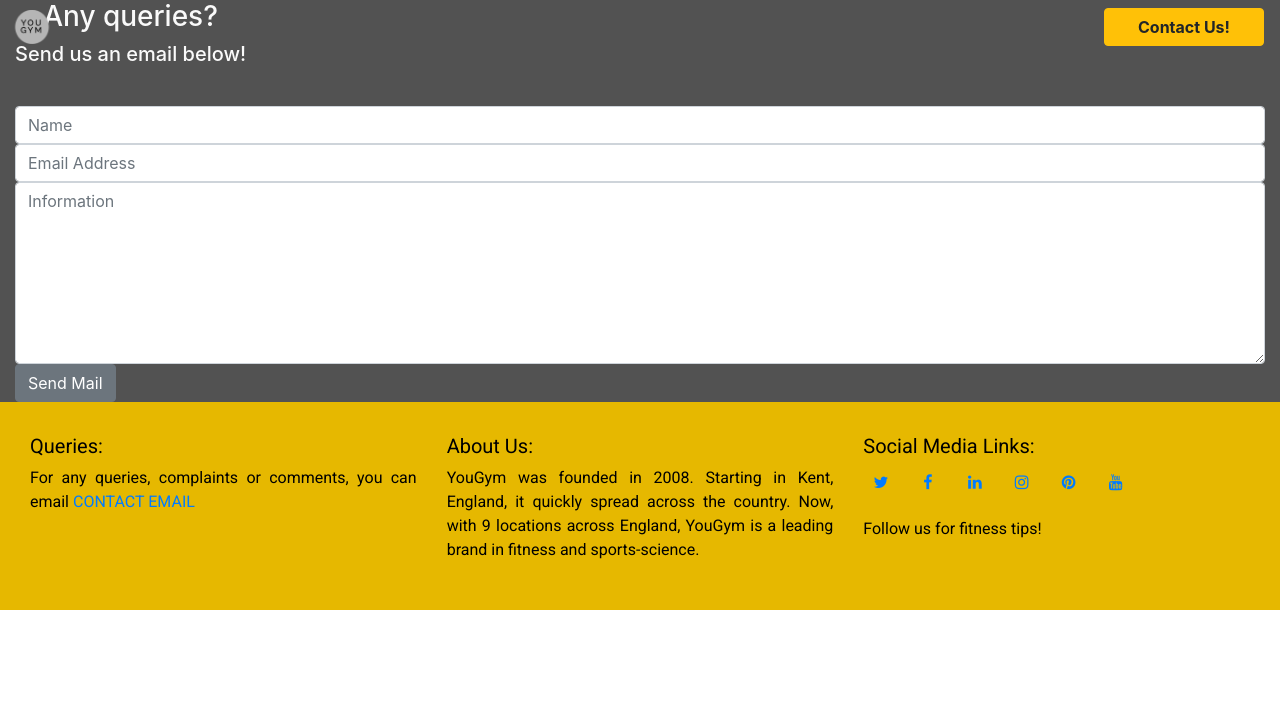
Repository: Felix-Redwood/Interactive-Frontend-Development-Milestone-Project
Page: contact.html
The author's editor kept a record of every edit. The page is drawn from the files as they stood at one moment, then again after the next edit.
The browser window is 1280 px wide. The pictures show the whole page.

Above is the page before.
Console error: ReferenceError: emailjs is not defined

### contact.html
<!DOCTYPE html>
<html lang="en">

<head>
    <meta charset="UTF-8">
    <meta name="viewport" content="width=device-width, initial-scale=1.0">
    <meta name="description" content="YouGym! | The gym for you!">
    <meta name="keywords" content="fitness, exercise, gyms, gym, workout, work out">
    <meta name="author" content="Felix Redwood">
    <meta http-equiv="X-UA-Compatible" content="ie=edge">
    <link rel="icon" type="image/png" href="assets/images/YouGym-logo.png">
    <title>YouGym official site</title>
    <link rel="stylesheet" href="assets/css/main.css" type="text/css" />
    <link href="https://stackpath.bootstrapcdn.com/bootstrap/4.4.1/css/bootstrap.min.css" rel="stylesheet" integrity="sha384-Vkoo8x4CGsO3+Hhxv8T/Q5PaXtkKtu6ug5TOeNV6gBiFeWPGFN9MuhOf23Q9Ifjh" crossorigin="anonymous">
    <link href="https://fonts.googleapis.com/css?family=Roboto&display=swap" rel="stylesheet">
    <link rel="stylesheet" href="https://stackpath.bootstrapcdn.com/font-awesome/4.7.0/css/font-awesome.min.css" type="text/css" />
    <script type="text/javascript" src="https://cdn.jsdelivr.net/npm/emailjs-com@2.4.1/dist/email.min.js"></script>
    <script type="text/javascript">
        (function() {
            emailjs.init("user_VGmB9lBk3P7b5oqcK2H0e");
            emailjs.send("gmail", "contact_template", { name: "YouGym", notes: "RE:" });
        })();
    </script>
</head>

<body>
    <div class="container-fluid navalert-container">
        <nav class="navbar navbar-dark navbar-expand-sm fixed-top top-nav">
            <a href="index.html">
                <img src="assets/images/navbar-logo.png" class="logo" alt="site_logo"/>
            </a>
            <div class="navbar-contact ml-auto">
                <a href="#">
            <button type="button" class="btn btn-warning contact-button">Contact Us!</button>
            </a>
            </div>
        </nav>
    </div>

    <div class="container-wrapper">
        <div class="email-harvester">
            <section class="container-fluid ">
                <div class="row bg-color-contact">
                    <div>
                        <h3 class="contact-heading uppercase text-center">Any queries?</h3>
                        <h5 class="uppercase text-center">Send us an email below!</h5>
                    </div>
                    <div class="contact-form">
                        <form onsubmit="return sendEmail(this);">
                            <input type="text" name="name" class="form-control" id="fullname" placeholder="Name" required/>
                            <input type="text" name="emailaddress" class="form-control" id="emailaddress" placeholder="Email Address" required/>
                            <textarea rows="7" name="content" class="form-control" id="content" placeholder="Information" required></textarea>
                            <button type="submit" class="btn btn-secondary center-block">Send Mail</button>
                        </form>
                    </div>
                </div>
            </section>
        </div>
    </div>

    <!-- footer -->
    <footer class="container-fluid">
        <div class="row">
            <div class="col-sm-4 footer-container">
                <h5 class="uppercase">Queries:</h5>
                <p>For any queries, complaints or comments, you can email <a href="mailto:CONTACT EMAIL HERE" class="email-fade">CONTACT EMAIL</a></p>
                <!--this email, when clicked, will open an email template to contact YouGym-->
            </div>
            <div class="col-sm-4 footer-container">
                <h5 class="uppercase">About Us:</h5>
                <p>YouGym was founded in 2008. Starting in Kent, England, it quickly spread across the country. Now, with 9 locations across England, YouGym is a leading brand in fitness and sports-science. </p>
            </div>
            <div class="col-sm-4 footer-container">
                <h5 class="uppercase">Social Media Links:</h5>
                <ul class="list-inline social-media">
                    <li class="list-inline-item">
                        <a target="_blank" href="#">
                            <i class="fa fa-twitter" aria-hidden="true"></i>
                            <span class="sr-only">Twitter</span>
                        </a>
                    </li>
                    <li class="list-inline-item">
                        <a target="_blank" href="#">
                            <i class="fa fa-facebook" aria-hidden="true"></i>
                            <span class="sr-only">Facebook</span>
                        </a>
                    </li>
                    <li class="list-inline-item">
                        <a target="_blank" href="#">
                            <i class="fa fa-linkedin" aria-hidden="true"></i>
                            <span class="sr-only">LinkedIn</span>
                        </a>
                    </li>
                    <li class="list-inline-item">
                        <a target="_blank" href="#">
                            <i class="fa fa-instagram" aria-hidden="true"></i>
                            <span class="sr-only">Instagram</span>
                        </a>
                    </li>
                    <li class="list-inline-item">
                        <a target="_blank" href="#">
                            <i class="fa fa-pinterest" aria-hidden="true"></i>
                            <span class="sr-only">Pintrest</span>
                        </a>
                    </li>
                    <li class="list-inline-item">
                        <a target="_blank" href="#">
                            <i class="fa fa-youtube" aria-hidden="true"></i>
                            <span class="sr-only">YouTube</span>
                        </a>
                    </li>
                </ul>
                <p>Follow us for fitness tips!</p>
            </div>
        </div>
    </footer>
    <script src="https://code.jquery.com/jquery-3.4.1.slim.min.js" integrity="sha384-J6qa4849blE2+poT4WnyKhv5vZF5SrPo0iEjwBvKU7imGFAV0wwj1yYfoRSJoZ+n" crossorigin="anonymous"></script>
    <script src="https://cdn.jsdelivr.net/npm/popper.js@1.16.0/dist/umd/popper.min.js" integrity="sha384-Q6E9RHvbIyZFJoft+2mJbHaEWldlvI9IOYy5n3zV9zzTtmI3UksdQRVvoxMfooAo" crossorigin="anonymous"></script>
    <script src="https://stackpath.bootstrapcdn.com/bootstrap/4.4.1/js/bootstrap.min.js" integrity="sha384-wfSDF2E50Y2D1uUdj0O3uMBJnjuUD4Ih7YwaYd1iqfktj0Uod8GCExl3Og8ifwB6" crossorigin="anonymous"></script>
    <script type="text/javascript" src="assets/js/contact.js"></script>
</body>

</html>

### assets/css/main.css
body {
    font-family: 'Roboto', sans-serif;
}

bold {
    font-weight: bold;
}

/* This gives us an easy way to make text bold within the html document */

.container-fluid .col-12 {
    margin: 0;
    padding: 0;
}

/* ensures that the container-fluid and col-12 classes do not have any initial padding*/

.mainpageimage-container {
    height: 100vh;
    width: 100%;

    background: url(../images/mainpageimage.jpg) no-repeat top right fixed;
    -webkit-background-size: cover;
    -moz-background-size: cover;
    -o-background-size: cover;
    background-size: cover;

    display: flex;
    align-items: center;
    justify-content: center;

    position: relative;
}

/*Navbar*/

.logo {
    height: 2.115em;
    width: 6em;
    margin-left: -2em;
}

.contact-button {
    width: 10em !important;
    font-weight: bold !important;
}

.homepage-button {
    width: 10em !important;
    font-weight: bold !important;
}

/*Mainpage*/

.mainpage {
    background-color: transparent !important;
    padding-left: 0;
    padding-right: 0;
}

.mainpage-h1 {
    color: white;
    font-weight: bold;
    font-size: 3.4em;
    margin-bottom: 0.8em !important;
    padding-left: 0;
    padding-right: 0;
}

.mainpage-h2 {
    color: white;
    font-size: 1em;
    font-weight: 500;
}

@media (max-width: 906px) {
    .mainpage-h1 {
        padding-left: 0;
        padding-right: 0;
    }
}

@media (max-width: 568px) {
    .mainpage-h1 {
        padding-left: 0;
        padding-right: 0;
    }
}

.container-wrapper {
    padding: 0;
    margin: 0;
}

/* Email Harvester */

.email-harvester {
    background-color: #525252;
    color: #fafafa;
    margin: 0;
    padding: 0;
}

.email-box {
    font-size: 1.5em;
    font-weight: 700;
    text-decoration: none;
    color: #fff;
    margin-top: 1.3em;
    margin-bottom: 1.3em;
}

.email-title {
    font-size: 1.5em;
}

.email-para {
    font-size: 0.9em;
}

.email-input {}

.btn-emailharvester {
    color: #000 !important;
    width: 20em;
}

small {
    font-size: 0.4em !important;
}

.email-div {
    padding-right: 0;
    padding-left: 0;
}

.row {
    margin-left: 0 !important;
    margin-right: 0 !important;
}

.container {
    margin-right: 0 !important;
    margin-left: 0 !important;
}

/* Contact */

.contact-section {
    padding-top: 2em;
    padding-bottom: 2em;
    width: 50%;
}

.contact-form {
    padding-top: 2em;
    min-height: 15em;
    margin: 0 auto;
    width: 100%;
    color: #fff;
}

.btn-send-mail {
    margin-top: 0.4em;
    color: #000 !important;
    font-weight: bold !important;
    width: 100% !important;
}

/* Footer */

footer {
    background-color: #e6b800;
    color: #000;
    font-weight: 520;
    min-height: 120px;
    margin: 0;
    font-family: 'Roboto', sans-serif;
}

.footer-container {
    padding: 2em;
    /* em ensures that padding scales with screen size */
}

.footer-container p {
    text-align: justify;
    /* by justifying the text, the <p> elements look more professional */
}

.footer-container h5 {
    font-weight: 550 !important;
    /* overrides the normal h5 boldness */
}

.social-media li a i {
    width: 35px;
    height: 35px;
    padding-top: 8px;
    border-radius: 50%;
    /* a border-radius of 50% gives us a circle */
    text-align: center;
    transition: all 0.35s ease-in-out;
    -moz-transition: all 0.35s ease-in-out;
    -webkit-transition: all 0.35s ease-in-out;
    -o-transition: all 0.35s ease-in-out;
    /*this will be used for transitioning the items to a different color when hovered over */
}

.social-media li a i:hover {
    color: #000;
    background-color: #fff;
    /* sets the icon color to black and background color to white when hovered over */
    /* this helps distinguish the icon that will be clicked on */
}

/* Email-decoration */

.email-fade {
    transition: all 0.35s ease-in-out;
    -moz-transition: all 0.35s ease-in-out;
    -webkit-transition: all 0.35s ease-in-out;
    -o-transition: all 0.35s ease-in-out;
}

.email-fade:hover {
    color: #408000;
    /* gives a subtle change to the color of the email link when hovered over */
}

### assets/js/contact.js
function sendEmail(contactForm) {
    email,
    js.send(
        "gmail", "contact_template", {
            "from_name": contactForm.name.value,
            "from_email": contactForm.emailaddress.value,
            "email_text": contactForm.content.value
        })
    .then(
        function(response) {
            console.log("SUCCESS", response);
        },
        function(error) {
            console.log("FAILED", error);
        });
    return false;
}

After the next edit:
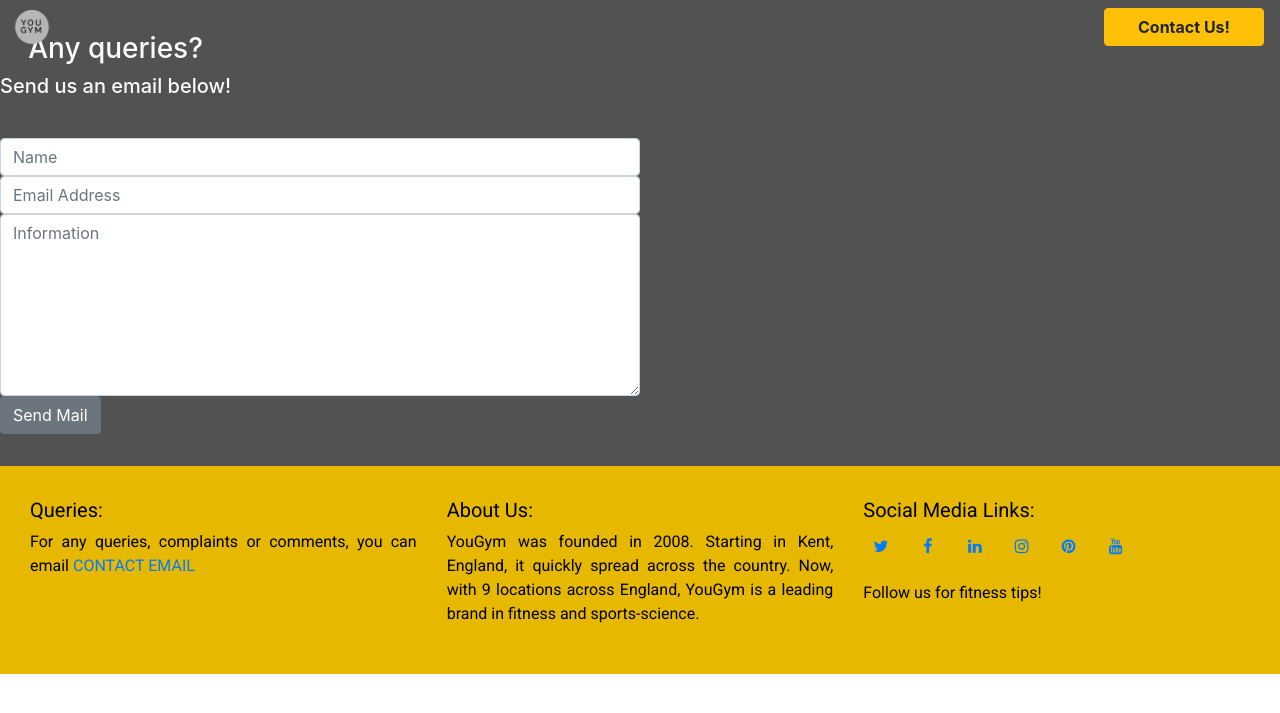
The edit:
--- a/contact.html
+++ b/contact.html
@@ -39,7 +39,7 @@
 
     <div class="container-wrapper">
         <div class="email-harvester">
-            <section class="container-fluid ">
+            <section class="contact-section">
                 <div class="row bg-color-contact">
                     <div>
                         <h3 class="contact-heading uppercase text-center">Any queries?</h3>
